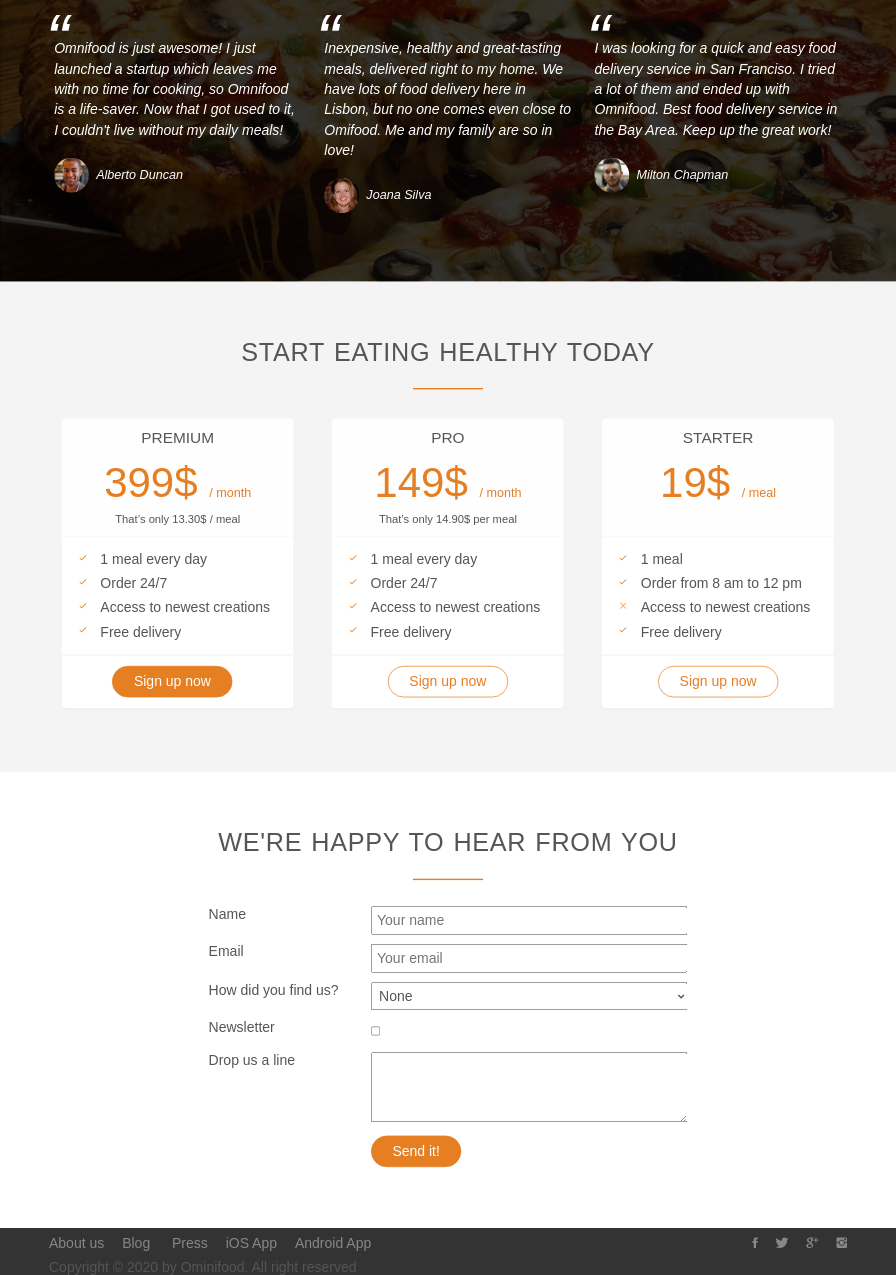
Repository: pboi18/E-Foods
Page: index.html
The author's editor kept a copy of each file at every save. The page is drawn from the files as they stood at one save, then again after the next save.
The browser window is 1280 px wide. The pictures show the part of the page from y = 3476 to 5396 px (the page is 5298 px tall before and 5396 px after), at 70% of full size.
Backgrounds fixed to the window are drawn as part of the page.

Above is the page before, as saved 2020-07-14 00:15:52.

After the next save:
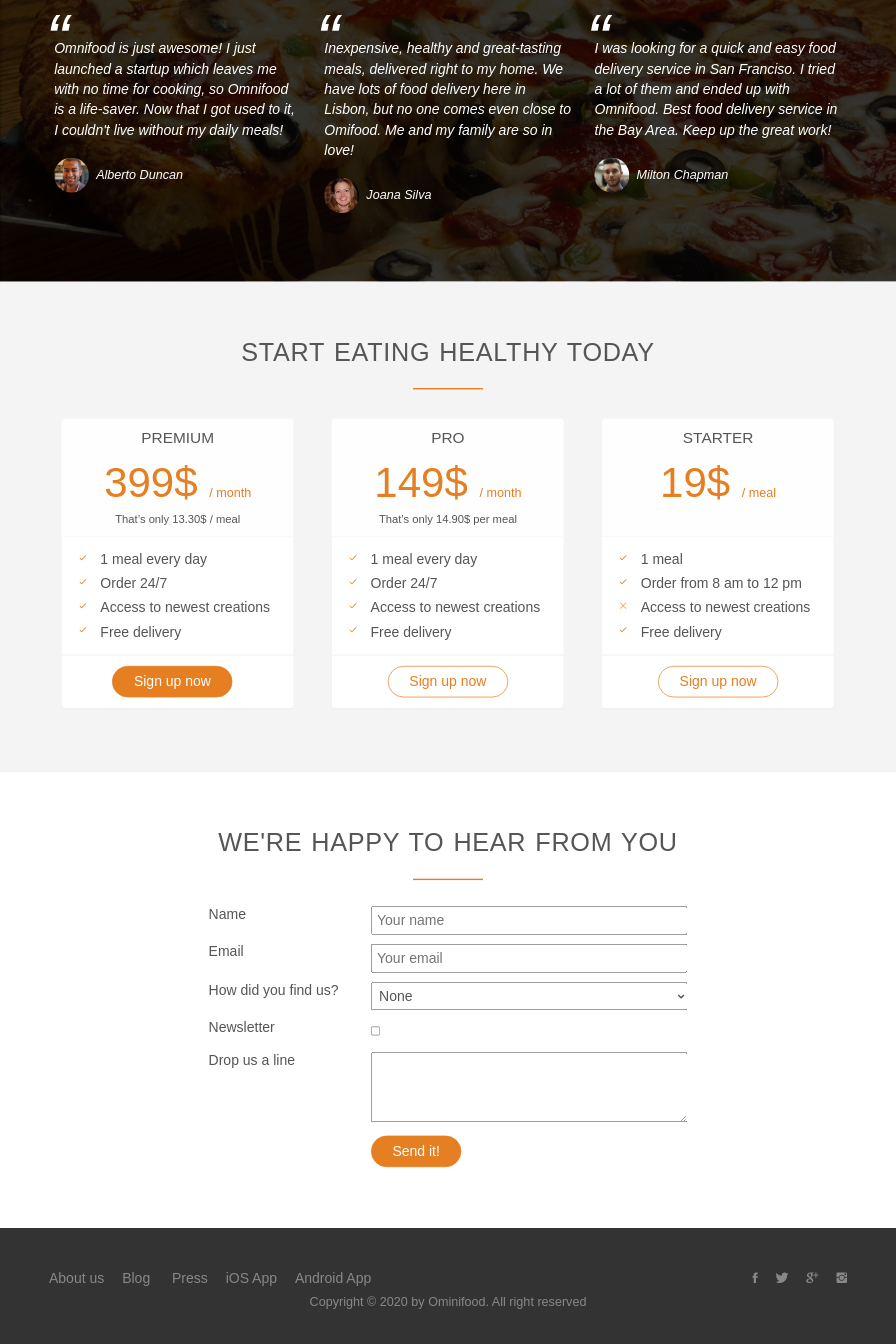
Saved 2 min 30 s later.
--- a/resources/css/style.css
+++ b/resources/css/style.css
@@ -515,6 +515,7 @@ input[type=checkbox] {
 
 footer {
     background-color: #333;
+    padding: 50px;
 }
 
 .footer-nav {
@@ -545,7 +546,7 @@ footer {
     text-decoration: none;
     border: 0;
     color: #888;
-
+    transition: all 0.2s;
 }
 
 .footer-nav li a:hover,
@@ -554,3 +555,9 @@ footer {
 .social-links li a:active */{
     color: #ddd;
 }
+
+footer p {
+    color: #888;
+    text-align: center;
+    font-size: 90%;
+}
